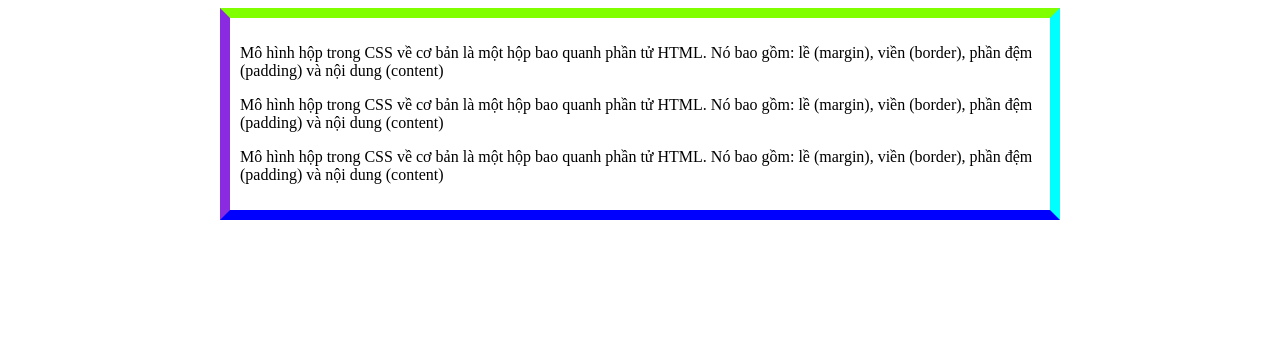
Repository: nguyenhung50497/MD2_cssLayout
Page: TH_suDungBoxModel/index.html
These files come from the project's save history. The page is drawn as it stood at one moment and after the next save; the edit follows.
The browser window is 1280 px wide. The pictures show the whole page.

Above is the page before, as saved 2022-11-29 09:52:59.

After the next save:
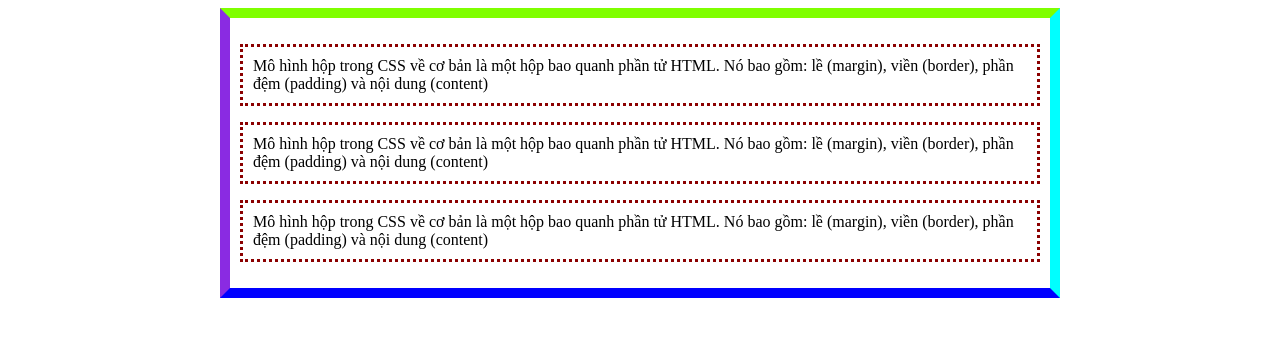
Saved 40 s later.
--- a/TH_suDungBoxModel/index.html
+++ b/TH_suDungBoxModel/index.html
@@ -12,6 +12,10 @@
             border-color: chartreuse aqua blue blueviolet;
             border-style: solid;
         }
+        .boxmodel p{
+    border: 3px dotted darkred;
+    padding: 10px;
+}
     </style>
 </head>
 <body>
